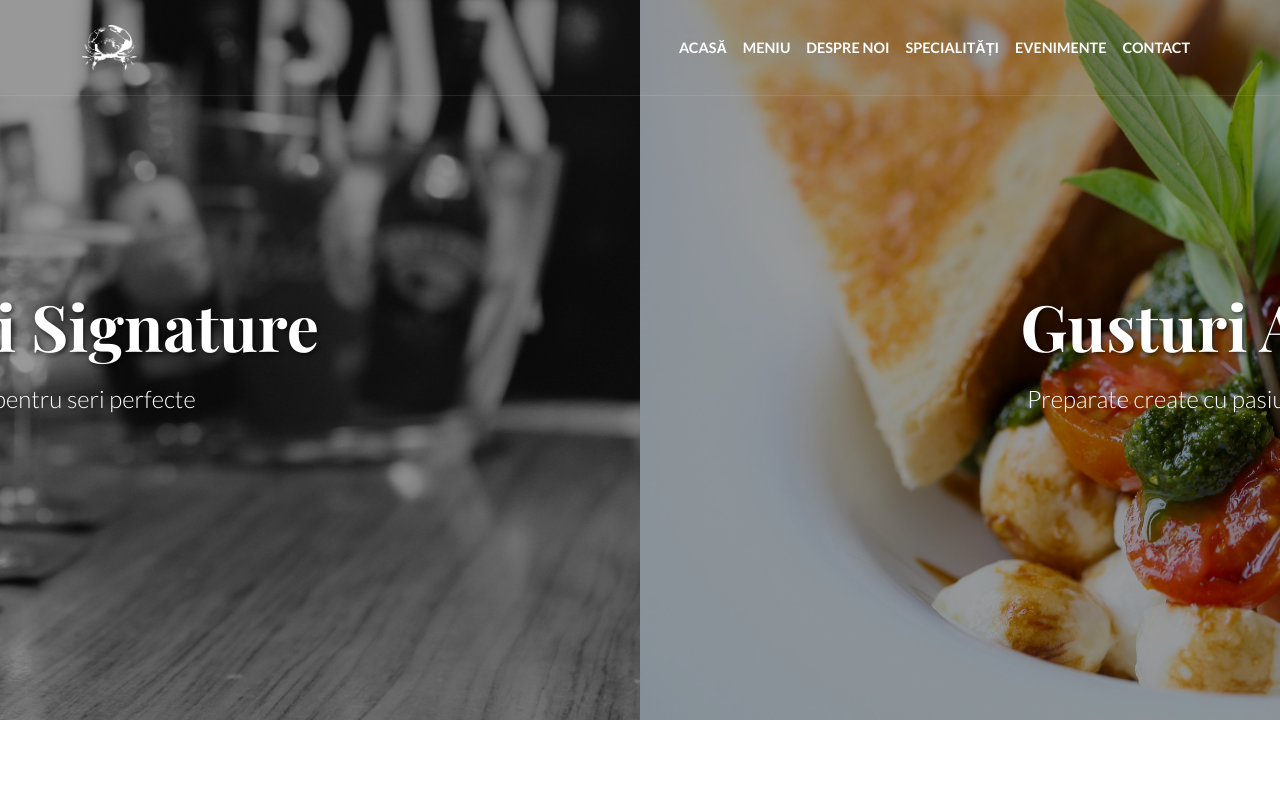
Repository: 912-Comsa-Teodora/bistrot-restaurant
Page: restaurant/index.html
These files come from the project's save history. The page is drawn as it stood at one moment and after the next save; the edit follows.
The browser window is 1280 px wide. The pictures show the part of the page from y = 0 to 790 px (the page is 3167 px tall).
A picture or video elsewhere on the page could not be fetched, so the positions and the page height are approximate.

Above is the page before, as saved 2026-01-17 14:32:06.

### restaurant/index.html
<!DOCTYPE html>
<html lang="ro">
<head>
    <meta charset="UTF-8">
    <meta name="viewport" content="width=device-width, initial-scale=1.0">
    <meta name="description" content="Cel mai bun restaurant și bar din oraș. Atmosferă unică, meniu select.">
    <title>Bistrot Elegance - Restaurant & Bar</title>

    <link href="https://cdn.jsdelivr.net/npm/bootstrap@5.3.0/dist/css/bootstrap.min.css" rel="stylesheet">
    <link rel="stylesheet" href="https://cdnjs.cloudflare.com/ajax/libs/font-awesome/6.4.0/css/all.min.css">

    <link href="https://fonts.googleapis.com/css2?family=Playfair+Display:wght@400;700&family=Lato:wght@300;400;700&display=swap" rel="stylesheet">

    <style>
        :root {
            /* PALETA DE CULORI */
            --primary-color: #740427; /* Visiniu Toulouse */
            --primary-dark: #50021b;
            --mint-color: #C8EAD3;    /* Accentul Mint Original */
            --mint-light: #F2F9F4;    /* Mint foarte deschis pentru fundaluri */
            --text-brown: #937B63;    /* Maro-ul pentru text */
            --white: #ffffff;
        }

        body {
            font-family: 'Lato', sans-serif;
            color: var(--text-brown);
            padding-top: 0;
            background-color: var(--white);
        }

        /* Titluri curate, fara modificari ciudate */
        h1, h2, h3, h4, h5 {
            font-family: 'Playfair Display', serif;
            color: var(--primary-color);
            font-weight: 700;
        }

        /* --- NAVIGATIE --- */
        .navbar {
            background-color: transparent;
            transition: background-color 0.3s ease, padding 0.3s ease;
            padding: 20px 0;
            border-bottom: 1px solid rgba(255,255,255,0.1);
        }

        /* Stil pentru cand scrolam - devine alb */
        .navbar.scrolled {
            background-color: rgba(255, 255, 255, 0.95);
            backdrop-filter: blur(10px);
            padding: 10px 0;
            box-shadow: 0 2px 10px rgba(0,0,0,0.1);
            border-bottom: 1px solid var(--mint-color);
        }

        .navbar-brand img { max-height: 45px; }

        .nav-link {
            color: #fff !important; /* Alb pe imagine */
            font-weight: 700;
            text-transform: uppercase;
            font-size: 0.9rem;
            transition: color 0.3s;
        }

        .nav-link:hover { color: var(--mint-color) !important; }

        /* Navigatie pe fundal alb (scrolled) */
        .navbar.scrolled .nav-link { color: var(--primary-color) !important; }
        .navbar.scrolled .nav-link:hover { color: var(--text-brown) !important; }

        /* --- CAROUSEL (Back to original clean style) --- */
        #heroCarousel .carousel-item {
            height: 100vh; /* Full Screen */
        }

        #heroCarousel .carousel-item img {
            height: 100%;
            object-fit: cover;
            /* Doar intunecat simplu, fara filtre de culoare */
            filter: brightness(0.6);
        }

        .carousel-caption {
            top: 50%;
            transform: translateY(-50%);
            bottom: auto;
            width: 70%;
            left: 15%;
            /* Fara background box, stil curat */
        }

        .carousel-caption p {
            font-family: 'Lato', sans-serif;
            font-weight: 300;
            font-size: 1.5rem;
            margin-bottom: 1rem;
            color: #fff;
        }

        .carousel-caption h2 {
            font-size: 4rem;
            color: #fff;
            text-shadow: 2px 2px 4px rgba(0,0,0,0.6);
            margin-bottom: 1rem;
        }

        /* --- SECTIUNI --- */
        section {
            padding: 90px 0;
        }

        .section-title {
            text-align: center;
            margin-bottom: 60px;
            position: relative;
        }

        .section-title::after {
            content: '';
            display: block;
            width: 60px;
            height: 3px;
            background-color: var(--primary-color);
            margin: 20px auto;
        }

        /* --- SPECIALITATI (Keep layout modifications) --- */
        .bg-mint-gradient {
            background: linear-gradient(180deg, var(--white) 0%, var(--mint-light) 100%);
        }

        .card {
            border: 1px solid var(--mint-color);
            background-color: #fff;
            transition: all 0.4s ease;
        }

        .card:hover {
            transform: translateY(-5px);
            box-shadow: 0 10px 30px rgba(116, 4, 39, 0.1);
            border-color: var(--primary-color);
        }

        .card-img-top {
            height: 250px;
            width: 100%;
            object-fit: cover;
        }

        .price-tag {
            font-family: 'Playfair Display', serif;
            font-size: 1.4rem;
            font-weight: 700;
            color: var(--primary-color);
        }

        /* Insigne (Badges) */
        .badge-custom-primary {
            background-color: var(--primary-color) !important;
            color: var(--mint-color);
        }

        .badge-custom-mint {
            background-color: var(--mint-color) !important;
            color: var(--primary-color);
            font-weight: 700;
        }

        /* --- EVENIMENTE IMAGES --- */
        @media (min-width: 992px) {
            .event-img-small {
                height: 250px;
                width: 100%;
                object-fit: cover;
            }
            .event-img-large {
                height: calc(500px + 1.5rem);
                width: 100%;
                object-fit: cover;
            }
        }

        /* --- FOOTER --- */
        footer {
            background-color: var(--primary-color); /* Visiniu */
            color: var(--mint-light);
            padding: 80px 0 30px;
            border-top: 5px solid var(--mint-color);
        }

        footer h4 {
            color: var(--mint-color);
            font-weight: bold; /* --- REQUEST: Text Bold Green --- */
            margin-bottom: 20px;
        }

        footer p, footer i {
            color: rgba(255,255,255,0.9);
        }

        .social-icons a {
            color: #fff;
            font-size: 1.5rem;
            margin-right: 15px;
            transition: color 0.3s;
        }

        .social-icons a:hover {
            color: var(--mint-color);
        }

        hr.bg-light {
            border-color: rgba(255,255,255,0.3);
        }
    </style>
</head>
<body>

    <header id="home">
        <nav class="navbar navbar-expand-lg fixed-top">
            <div class="container">
                <a class="navbar-brand" href="index.html">
                    <img src="./pictures/Bistrot-Elegance-Logo.png" alt="Logo Bistrot Elegance">
                </a>

                <button class="navbar-toggler" type="button" data-bs-toggle="collapse" data-bs-target="#navbarContent">
                    <span class="navbar-toggler-icon"></span>
                </button>

                <div class="collapse navbar-collapse" id="navbarContent">
                    <ul class="navbar-nav ms-auto mb-2 mb-lg-0">
                        <li class="nav-item"><a class="nav-link" href="#home">Acasă</a></li>
                        <li class="nav-item"><a class="nav-link" href="#meniu">Meniu</a></li>
                        <li class="nav-item"><a class="nav-link" href="#despre">Despre Noi</a></li>
                        <li class="nav-item"><a class="nav-link" href="#specialitati">Specialități</a></li>
                        <li class="nav-item"><a class="nav-link" href="#evenimente">Evenimente</a></li>
                        <li class="nav-item"><a class="nav-link" href="#contact">Contact</a></li>
                    </ul>
                </div>
            </div>
        </nav>
    </header>

    <div id="heroCarousel" class="carousel slide" data-bs-ride="carousel">
        <div class="carousel-inner">
            <div class="carousel-item active" data-bs-interval="3000">
                <img src="pictures/restaurant-imagine-principala.jpg" class="d-block w-100" alt="Interior">
                <div class="carousel-caption d-none d-md-block">
                    <p>Bine ați venit la</p>
                    <h2>Bistrot Elegance</h2>
                    <p>O experiență culinară de neuitat</p>
                </div>
            </div>

             <div class="carousel-item" data-bs-interval="3000">
                <img src="pictures/cover-bauturi.jpg" class="d-block w-100" alt="Bauturi">
                <div class="carousel-caption d-none d-md-block">
                    <h2>Cocktailuri Signature</h2>
                    <p>Mixologie rafinată pentru seri perfecte</p>
                </div>
            </div>

            <div class="carousel-item" data-bs-interval="3000">
                <img src="pictures/cover-mancare.jpg" class="d-block w-100" alt="Bauturi">
                <div class="carousel-caption d-none d-md-block">
                    <h2>Gusturi Autentice</h2>
                    <p>Preparate create cu pasiune din ingrediente locale</p>
                </div>
            </div>

            <div class="carousel-item" data-bs-interval="3000">
                <img src="pictures/cover-desert.jpg" class="d-block w-100" alt="Bauturi">
                <div class="carousel-caption d-none d-md-block">
                    <h2>Deserturi Artizanale</h2>
                    <p>Finalul dulce perfect pentru orice masă</p>
                </div>
            </div>
        </div>
    </div>

    <section id="despre">
        <div class="container">
            <div class="row align-items-center">
                <div class="col-lg-6 mb-4 mb-lg-0">
                    <h2 class="mb-4">Povestea Noastră</h2>
                    <h3 class="mb-3 text-muted">Tradiție și modernism din 2010</h3>
                    <p>
                        Situat într-o clădire istorică, <strong>Bistrot Elegance</strong> îmbină arhitectura clasică cu un design interior modern și vibrant. Ne mândrim cu o atmosferă care invită la relaxare și conversație.
                    </p>
                    <p>
                        Filozofia noastră culinară se bazează pe ingrediente locale, proaspete, reinterpretate într-o manieră internațională.
                    </p>
                </div>
                <div class="col-lg-6">
                    <img src="pictures/interior-restaurant.jpg" class="img-fluid rounded shadow" style="border: 1px solid var(--mint-color); padding: 5px;" alt="Interior">
                </div>
            </div>
        </div>
    </section>

    <section id="specialitati" class="bg-mint-gradient">
        <div class="container">
            <h2 class="section-title">Recomandările Chef-ului</h2>
            <div class="row g-4">

                <div class="col-md-6 col-lg-3">
                    <div class="card h-100">
                        <span class="position-absolute top-0 end-0 badge rounded-pill badge-custom-primary m-2">
                            Best Seller
                        </span>
                        <img src="pictures/muschi-de-vita-cu-legume.jpg" class="card-img-top" alt="Vita">
                        <div class="card-body d-flex flex-column">
                            <h4 class="card-title">Mușchi de Vită</h4>
                            <p class="card-text text-muted">Mușchi de vită fraged la grătar, acompaniat de broccoli și anghinare.</p>
                            <div class="mt-auto d-flex justify-content-between align-items-center">
                                <span class="badge badge-custom-mint">Vită Premium</span>
                                <span class="price-tag">135 RON</span>
                            </div>
                        </div>
                    </div>
                </div>

                <div class="col-md-6 col-lg-3">
                    <div class="card h-100">
                         <span class="position-absolute top-0 end-0 badge rounded-pill badge-custom-primary m-2">
                            Nou
                        </span>
                        <img src="pictures/avocado-gourmet-burger.jpg" class="card-img-top" alt="Burger">
                        <div class="card-body d-flex flex-column">
                            <h4 class="card-title">Avocado Burger</h4>
                            <p class="card-text text-muted">Chiflă brioche, carne Black Angus, cheddar și avocado.</p>
                            <div class="mt-auto d-flex justify-content-between align-items-center">
                                <span class="badge badge-custom-mint">Burger</span>
                                <span class="price-tag">68 RON</span>
                            </div>
                        </div>
                    </div>
                </div>

                 <div class="col-md-6 col-lg-3">
                    <div class="card h-100">
                        <img src="pictures/vita-cu-fructe-rosii.jpg" class="card-img-top" alt="Vita fructe rosii">
                        <div class="card-body d-flex flex-column">
                            <h4 class="card-title">Vită Fructe Roșii</h4>
                            <p class="card-text text-muted">File de vită cu sos dulce-acrișor de fructe de pădure.</p>
                            <div class="mt-auto d-flex justify-content-between align-items-center">
                                <span class="badge badge-custom-mint">Signature</span>
                                <span class="price-tag">148 RON</span>
                            </div>
                        </div>
                    </div>
                </div>

                <div class="col-md-6 col-lg-3">
                    <div class="card h-100">
                        <span class="position-absolute top-0 end-0 badge rounded-pill badge-custom-primary m-2">
                            Ofertă
                        </span>
                        <img src="pictures/salmon-poke.jpg" class="card-img-top" alt="Poke">
                        <div class="card-body d-flex flex-column">
                            <h4 class="card-title">Salmon Poke</h4>
                            <p class="card-text text-muted">Cuburi de somon proaspăt, avocado și orez.</p>
                            <div class="mt-auto d-flex justify-content-between align-items-center">
                                <span class="badge badge-custom-mint">Raw Bar</span>
                                <span class="price-tag">58 RON</span>
                            </div>
                        </div>
                    </div>
                </div>

            </div>
        </div>
    </section>

    <section id="evenimente">
        <div class="container">
            <h2 class="section-title">Evenimente & Atmosferă</h2>
            <div class="row">
                <div class="col-lg-4 mb-4">
                    <h3>Muzică Live</h3>
                    <p>În fiecare seară de vineri și sâmbătă, atmosfera este întreținută de artiști locali.</p>
                    <div class="alert mt-3" style="background-color: var(--mint-light); border-color: var(--mint-color); color: var(--primary-color);">
                        <strong>Rezervare necesară!</strong> Locurile sunt limitate.
                    </div>
                </div>

                <div class="col-lg-4 col-md-6 mb-4">
                    <img src="pictures/seara-tematica-sushi.jpg" class="img-fluid rounded mb-4 w-100 event-img-small" alt="Live">
                    <img src="pictures/petrecere-privata.jpg" class="img-fluid rounded w-100 event-img-small" alt="Vin">
                </div>

                <div class="col-lg-4 col-md-6">
                    <img src="pictures/seara-de-jazz.jpg" class="img-fluid rounded w-100 event-img-large" alt="Party">
                </div>
            </div>
        </div>
    </section>

    <footer id="contact">
        <div class="container">
            <div class="row">
                <div class="col-md-4 mb-4">
                    <h4>Contact</h4>
                    <p><i class="fas fa-map-marker-alt me-2"></i> Strada Principală Nr. 10, Cluj</p>
                    <p><i class="fas fa-phone me-2"></i> +40 722 123 456</p>
                    <p><i class="fas fa-envelope me-2"></i> contact@bistrotelegance.ro</p>
                </div>

                <div class="col-md-4 mb-4">
                    <h4>Program</h4>
                    <p>Luni - Joi: 10:00 - 23:00</p>
                    <p>Vineri - Sâmbătă: 10:00 - 02:00</p>
                    <p>Duminică: 12:00 - 23:00</p>
                </div>

                <div class="col-md-4 mb-4 text-md-end text-start">
                    <h4>Urmărește-ne</h4>
                    <div class="social-icons">
                        <a href="#"><i class="fab fa-facebook-f"></i></a>
                        <a href="#"><i class="fab fa-instagram"></i></a>
                        <a href="#"><i class="fab fa-tripadvisor"></i></a>
                    </div>
                </div>
            </div>

            <hr class="bg-light">

            <div class="row">
                <div class="col-12 text-center">
                    <p class="small mb-0">&copy; 2023 Bistrot Elegance.</p>
                </div>
            </div>
        </div>
    </footer>

    <script src="https://cdn.jsdelivr.net/npm/bootstrap@5.3.0/dist/js/bootstrap.bundle.min.js"></script>
    <script>
        const navbar = document.querySelector('.navbar');
        window.addEventListener('scroll', () => {
            if (window.scrollY > 50) {
                navbar.classList.add('scrolled');
            } else {
                navbar.classList.remove('scrolled');
            }
        });
    </script>
</body>
</html>

After the next save:
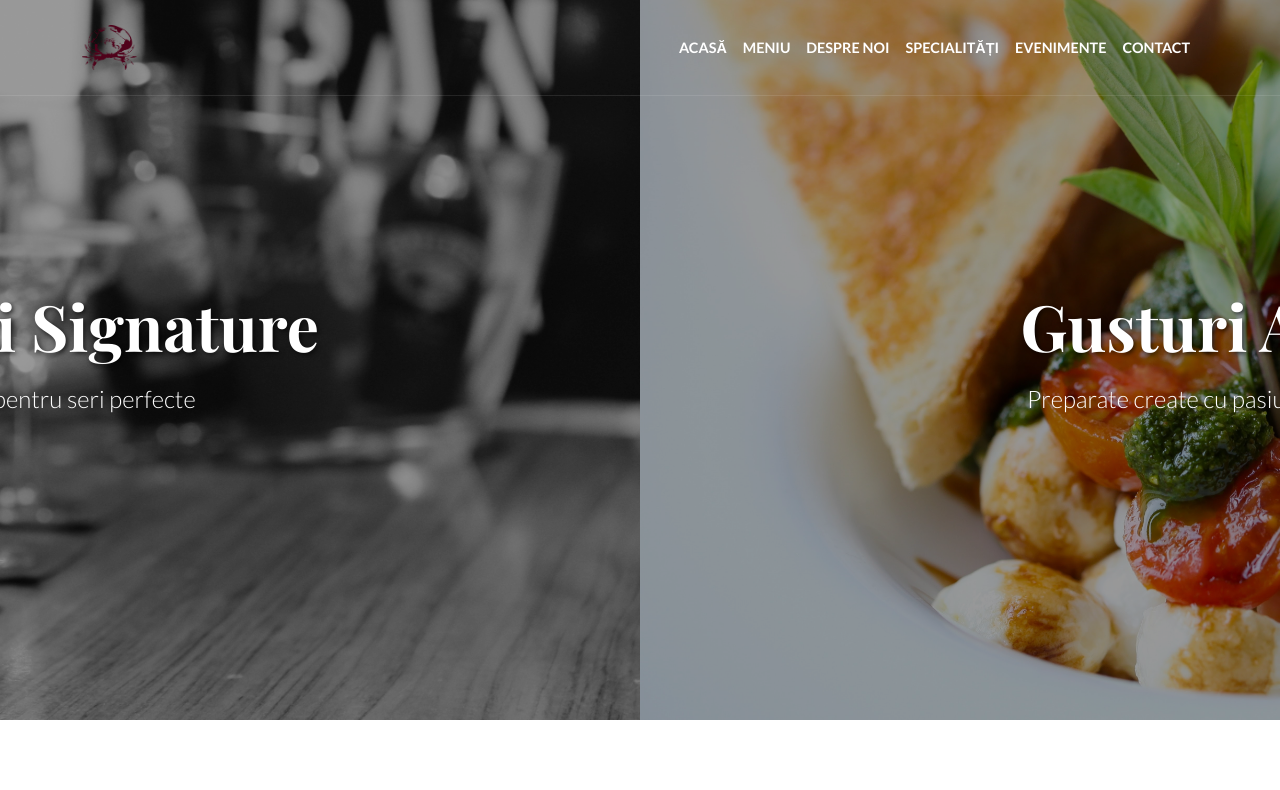
Saved 4 min 3 s later.
--- a/restaurant/index.html
+++ b/restaurant/index.html
@@ -221,7 +221,7 @@
         <nav class="navbar navbar-expand-lg fixed-top">
             <div class="container">
                 <a class="navbar-brand" href="index.html">
-                    <img src="./pictures/Bistrot-Elegance-Logo.png" alt="Logo Bistrot Elegance">
+                    <img src="./pictures/Bistrot-Elegance-Logo-visiniu.png" alt="Logo Bistrot Elegance">
                 </a>
 
                 <button class="navbar-toggler" type="button" data-bs-toggle="collapse" data-bs-target="#navbarContent">
